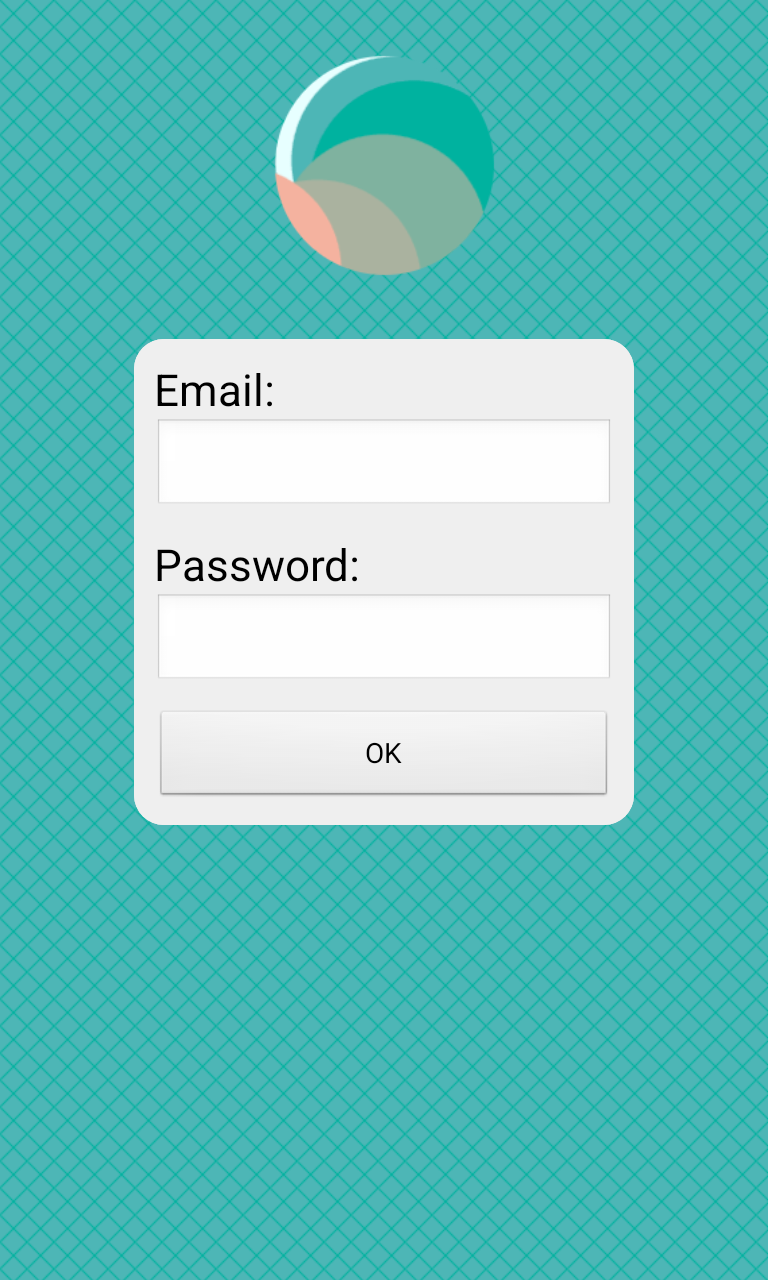
Repository: ppamorim/Coderock-X
Layout: workspace-Android/teste1/res/layout/activity_login.xml
These files come from the project's save history. The layout is drawn as it stood at one moment and after the next save; the edit follows.
It is drawn on a 768 x 1280 px phone screen (xhdpi) without system bars, with theme android:Theme.NoTitleBar; the app's code is not run.

Above is the layout before, as saved 2014-01-05 19:56:31.

After the next save:
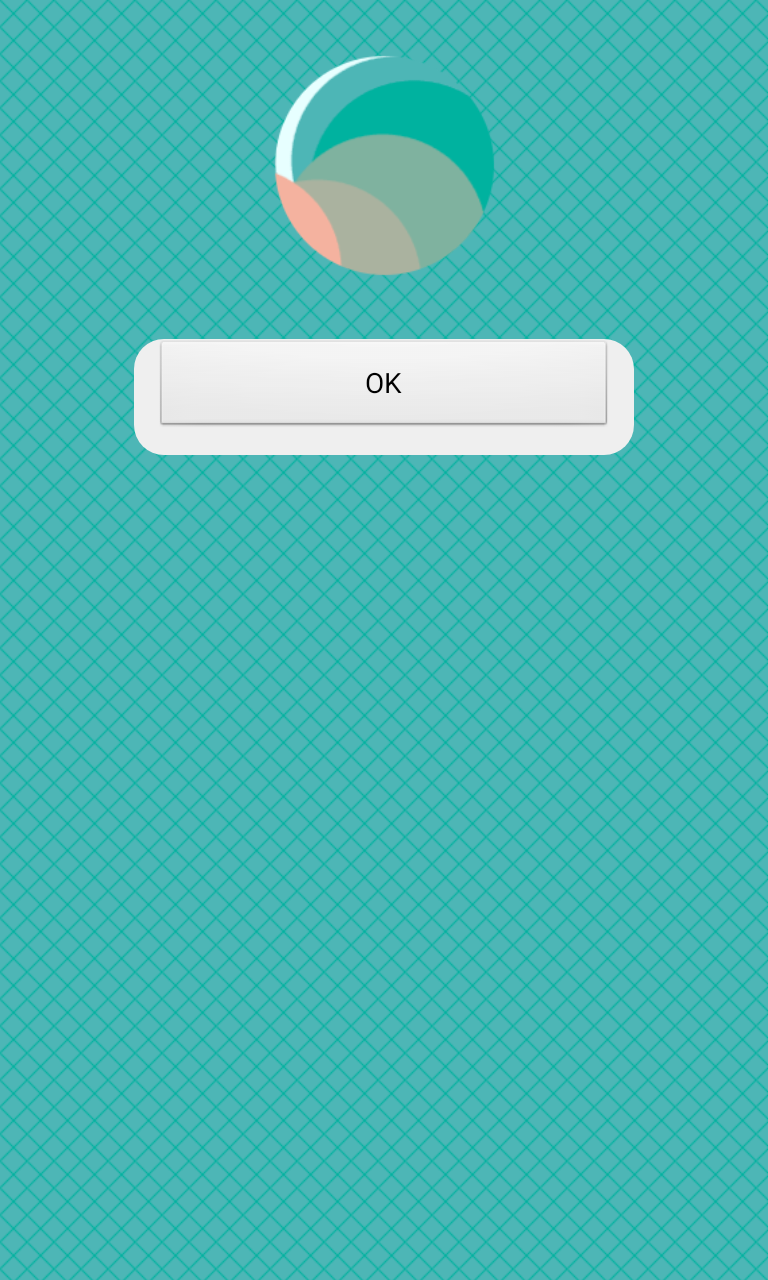
Saved 17 s later.
--- a/workspace-Android/teste1/res/layout/activity_login.xml
+++ b/workspace-Android/teste1/res/layout/activity_login.xml
@@ -39,6 +39,15 @@
             android:layout_height="match_parent"
             android:background="@layout/rounded"
             android:orientation="horizontal" >
+
+            <Button
+            android:id="@+id/Entrar"
+            android:layout_width="fill_parent"
+            android:layout_height="wrap_content"
+            android:layout_marginBottom="10dp"
+            android:layout_marginLeft="10dp"
+            android:layout_marginRight="10dp"
+            android:text="@string/ok" />
 
 
         <LinearLayout
